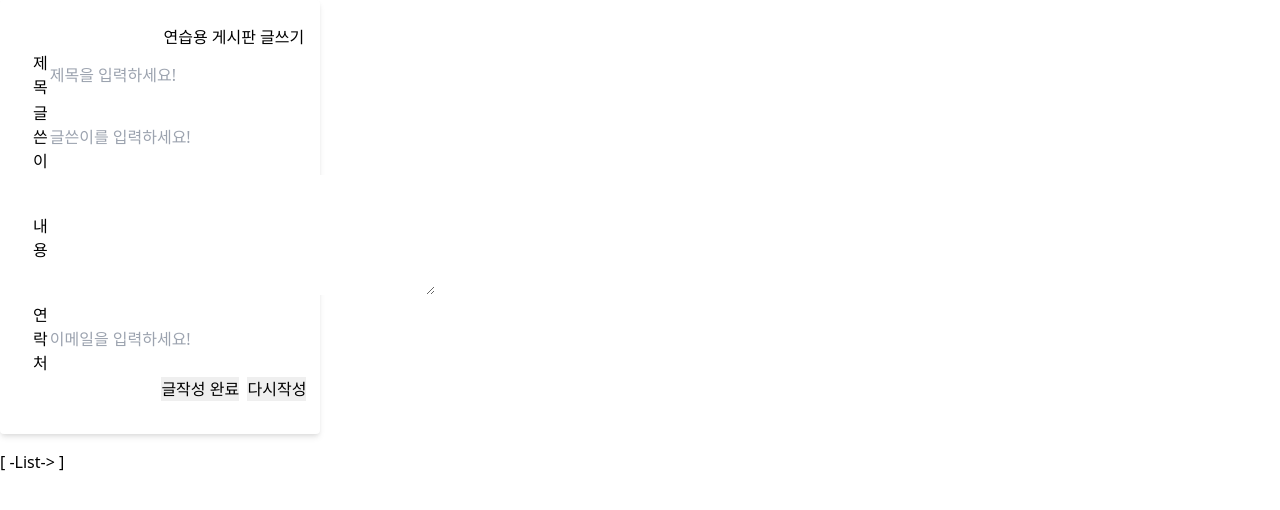
Repository: k0603156/JAVA
Page: http://localhost/StartBoard/test.do?myName=Kimyongkuk
The author's editor kept a copy of each file at every save. The page is drawn from the files as they stood at one save, then again after the next save.
The browser window is 1280 px wide. The pictures show the whole page.
The page is served by Tomcat 9. Other server files are loaded and not shown.

Above is the page before, as saved 2020-03-12 07:59:05.

### SERVLET/workspace/StartBoard/WebContent/index.jsp
<%@ page language="java" contentType="text/html; charset=UTF-8"
	pageEncoding="UTF-8"%>
<!DOCTYPE html>
<html>
<head>
<meta charset="UTF-8">
<title>Insert title here</title>
</head>
<link href="https://unpkg.com/tailwindcss@^1.0/dist/tailwind.min.css" rel="stylesheet">
<body>
	<!-- <h1>Index.jsp</h1>
	<h1><a href="http://www.naver.com">Naver.com</a></h1>
	<h1><a href="./test.do?myName=Kimyongkuk">이름을 알려주세요~!~!</a></h1> -->
<div class="w-full max-w-xs">
	<form action="./writeSave.do" method="post" class="bg-white shadow-md rounded px-8 pt-6 pb-8 mb-4">
	<table border="1">
		<tr>
		<td colspan="2" style="text-align: center;">연습용 게시판 글쓰기</td>
		</tr>
		<tr>
			<td>제목</td>
			<td><input type="text" placeholder="제목을 입력하세요!" name="title" required></td>
		</tr>
		<tr>
			<td>글쓴이</td>
			<td><input type="text" placeholder="글쓴이를 입력하세요!" name="author" required></td>
		</tr>
		<tr>
			<td>내용</td>
			<td><textarea cols="40" rows="5" name="content"></textarea></td>
		</tr>
		<tr>
			<td>연락처</td>
			<td><input type="email" placeholder="이메일을 입력하세요!" name="email"></td>
		</tr>
		<tr>
		<td colspan="2" style="text-align: center;">
			<input type="submit" value="글작성 완료">&nbsp;
			<input type="reset" value="다시작성">
		</td>
		</tr>
	</table>
	</form>
	<a href="./list.do">[ -List-> ]</a>
	</div>
</body>
</html>

### SERVLET/workspace/StartBoard/src/ctrl/FrontController.java
package ctrl;

import java.io.IOException;
import java.sql.SQLException;

import javax.servlet.RequestDispatcher;
import javax.servlet.ServletException;
import javax.servlet.http.HttpServlet;
import javax.servlet.http.HttpServletRequest;
import javax.servlet.http.HttpServletResponse;

import org.slf4j.Logger;
import org.slf4j.LoggerFactory;

import service.*;

public class FrontController extends HttpServlet{

	private static final long serialVersionUID = 1L;
	private static Logger log = LoggerFactory.getLogger(FrontController.class);
	public FrontController() {}

	@Override
	protected void service(HttpServletRequest req, HttpServletResponse resp) throws ServletException, IOException {
		String uri = req.getRequestURI();
		log.info("uri : " + uri);

		String contextPath = req.getContextPath();
		log.info("context : " + contextPath);

		String path = uri.substring(contextPath.length());
		log.info("path : " + path);

		String targetPage = "";
		Action action = null;

		if (path.equals("/writeSave.do")) {
			action = new InsertAction();
			try {
				action.execute(req, resp);
			} catch (SQLException e) {
				e.printStackTrace();
			}

			targetPage = "list.do";

		}else if(path.equals("/list.do")) {
			action = new ListAction();
			try {
				action.execute(req, resp);
			} catch (SQLException e) {
				e.printStackTrace();
			}

			targetPage = "/list.jsp";

		}else if (path.equals("/detail.do")) {
			action = new DetailAction();
			try {
				action.execute(req, resp);
			} catch (SQLException e) {
				e.printStackTrace();
			}

			targetPage = "/detail.jsp";

		}else if(path.equals("/modify.do")) {
			action = new DetailAction();
			try {
				action.execute(req, resp);
			} catch (SQLException e) {
				e.printStackTrace();
			}

			targetPage = "/modify.jsp";

		}else if(path.equals("/modifySave.do")) {
			action = new ModifyAction();
			try {
				action.execute(req, resp);
			} catch (SQLException e) {
				e.printStackTrace();
			}

			targetPage = "detail.do";

		}else if(path.equals("/delete.do")) {
			action = new DeleteAction();
			try {
				action.execute(req, resp);
			} catch (SQLException e) {
				e.printStackTrace();
			}

			targetPage = "list.do";

		}

		RequestDispatcher requestDispatcher = req.getRequestDispatcher(targetPage);
		requestDispatcher.forward(req, resp);
	}

	@Override
	protected void doGet(HttpServletRequest req, HttpServletResponse resp) throws ServletException, IOException {
		service(req, resp);
	}

	@Override
	protected void doPost(HttpServletRequest req, HttpServletResponse resp) throws ServletException, IOException {
		service(req, resp);
	}



}

After the next save:
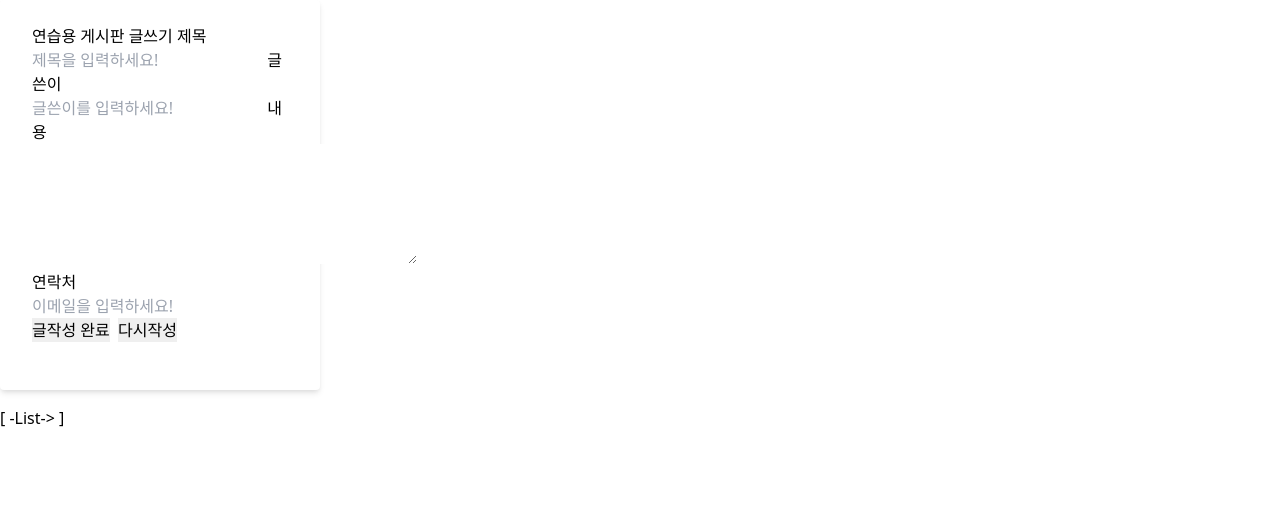
Saved 18 s later.
--- a/SERVLET/workspace/StartBoard/WebContent/index.jsp
+++ b/SERVLET/workspace/StartBoard/WebContent/index.jsp
@@ -13,8 +13,7 @@
 	<h1><a href="./test.do?myName=Kimyongkuk">이름을 알려주세요~!~!</a></h1> -->
 <div class="w-full max-w-xs">
 	<form action="./writeSave.do" method="post" class="bg-white shadow-md rounded px-8 pt-6 pb-8 mb-4">
-	<table border="1">
-		<tr>
+	 <div class="mb-4">		<tr>
 		<td colspan="2" style="text-align: center;">연습용 게시판 글쓰기</td>
 		</tr>
 		<tr>
@@ -39,7 +38,7 @@
 			<input type="reset" value="다시작성">
 		</td>
 		</tr>
-	</table>
+	</div>
 	</form>
 	<a href="./list.do">[ -List-> ]</a>
 	</div>
